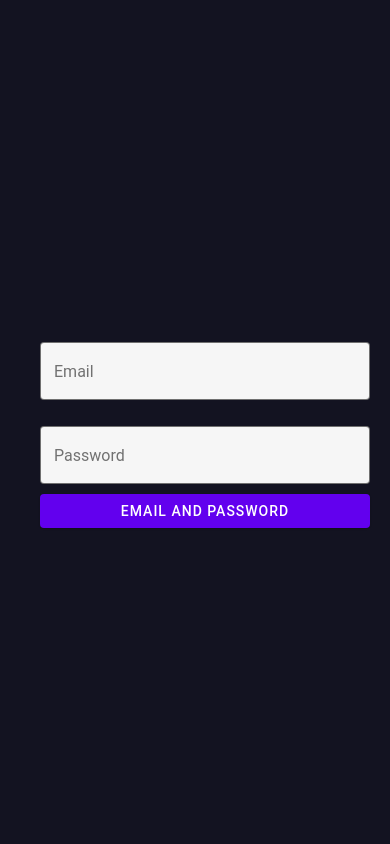
Repository: pascalgrim/GymTracker
Screen: /
These files come from the project's save history. The screen is drawn as it stood at one moment and after the next save; the edit follows.
The app was drawn by React Native's web renderer in a window 390 px wide. The project was rebuilt for these pictures with package versions that can differ from the ones it lists, and the page was loaded fresh each time. Also part of the build but not shown: components/menuCard.js, components/Dashboard.js, firebase.js, context/AuthContext.js.

Above is the screen before, as saved 2021-11-05 20:01:46.

### App.js
import { StatusBar } from "expo-status-bar";
import React from "react";
import {
  Button,
  StyleSheet,
  Text,
  View,
  TouchableOpacity,
  Image,
  SafeAreaView,
} from "react-native";
import MenuCard from "./components/menuCard";

// LOGOS
import mainLogo from "./imgs/mainLogo.png";
import SettingsIcon from "./imgs/mainSettings.png";

// ICONS FOR CARDS
import IconSessions from "./imgs/schreibe-brief.png";
import Dashboard from "./components/Dashboard";
import Signup from "./components/Signup";

export default function App() {
  return (
    <View style={styles.container}>
      {/* <Dashboard/> */}
      <Signup/>

      <StatusBar style="auto" />
    </View>
  );
}

const styles = StyleSheet.create({
  container: {
    flex: 1,
    backgroundColor: "#131321",
    paddingLeft: 40,
    paddingRight: 20,
    paddingTop: 30,
    paddingBottom: 20,
  },
});

### components/Signup.js
import React from 'react'
import {Card, Button,TextInput,Appbar} from 'react-native-paper';
import { View,StyleSheet } from 'react-native';
import { useRef ,useState} from 'react'
import { Link,Route,BrowserRouter as Router,Routes } from 'react-router-dom';
// import Button from '@mui/material/Button';
import {useAuth} from "../context/AuthContext"

export default function Signup() {
    const emailRef = useRef()
    const passwordRef = useRef()
    const passwordConfirmRef = useRef()
    const signup = useAuth()
    const [error,setError] = useState("")
    const [loading,setLoading] = useState(false)

    async function handleSubmit(e){
        e.preventDefault()
        console.log((passwordRef.current.value).length)

        if (passwordRef.current.value !== passwordConfirmRef.current.value){
            return setError("Passwords do not match.")
        }
        else if ((passwordRef.current.value).length < 6){
            return setError("Passwords must have at least 6 characters.")
        }
        try{
            setError("")
            setLoading(true)
            await signup(emailRef.current.value,passwordRef.current.value)
            history.push("/")
        }catch{
            setError("Failed to create an Account.")
        }
        setLoading(false)


    }
    return (
        <View style={styles.container}>
            <TextInput label="Email" mode="outlined" style={styles.textInput}/>
            <TextInput label="Password" mode="outlined" secureTextEntry={true} style={styles.textInput}/>
            <Button dark mode="contained" onPress={handleSubmit}>Email And Password</Button>
        </View>

    )
}

const styles = StyleSheet.create({
    container: {
        flex:1,
        justifyContent:"center",
    },
    textInput:{
        marginTop:10,
        marginBottom:10,
    }
  });

After the next save:
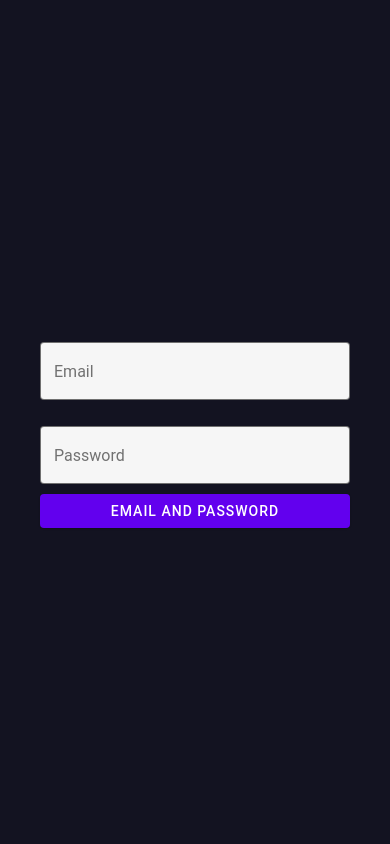
Saved 4 s later.
--- a/App.js
+++ b/App.js
@@ -36,7 +36,7 @@ const styles = StyleSheet.create({
     flex: 1,
     backgroundColor: "#131321",
     paddingLeft: 40,
-    paddingRight: 20,
+    paddingRight: 40,
     paddingTop: 30,
     paddingBottom: 20,
   },
